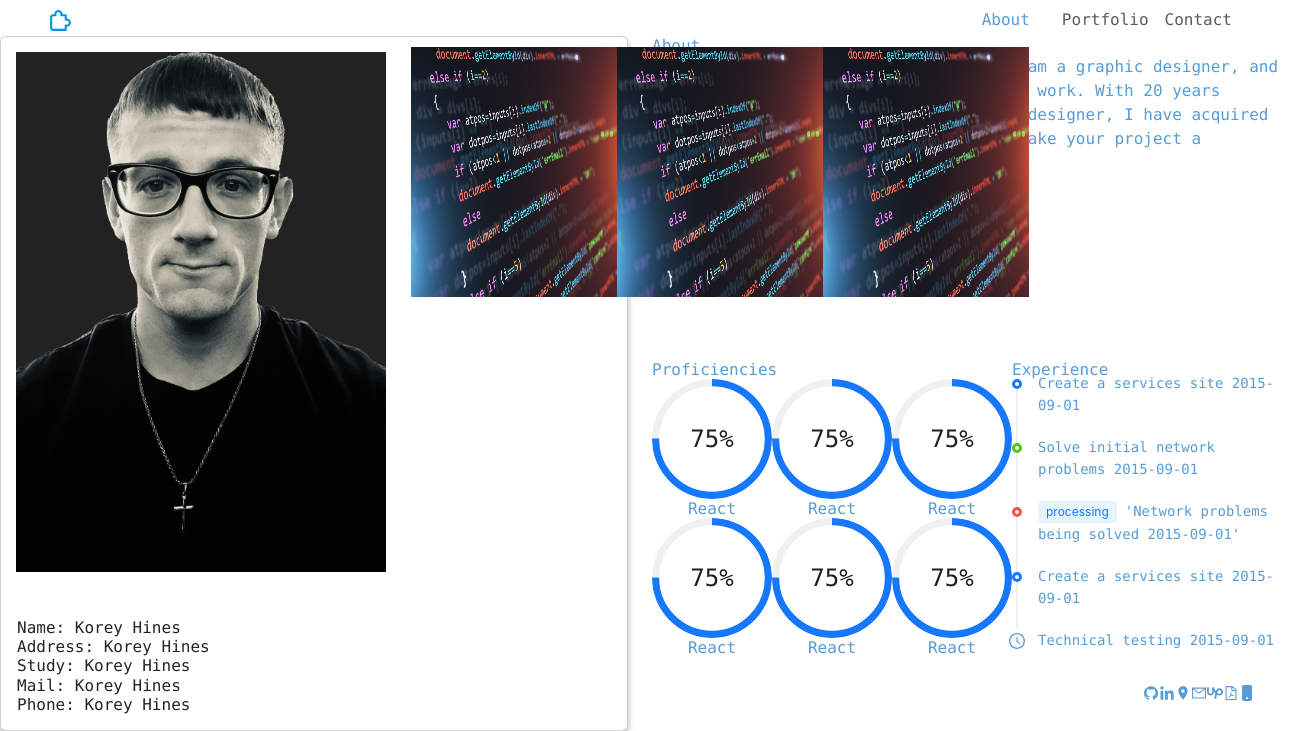
Repository: devkthines/next-portfolio-v2
Page: /about
These files come from the project's save history. The page is drawn as it stood at one moment and after a run of saves; the edit follows.
The browser window is 1280 px wide. The page is 1292 px wide, so the pictures cover 1292 px, including what lies to the right of the window. The pictures show the whole page.
The project was rebuilt for these pictures with package versions that can differ from the ones it lists, and the page was loaded fresh each time. The framework's server and built-in components were replaced by stand-ins that run in the browser. Also part of the build but not shown: next.config.js.

Above is the page before, as saved 2023-09-25 21:29:08.

After the next 2 saves:
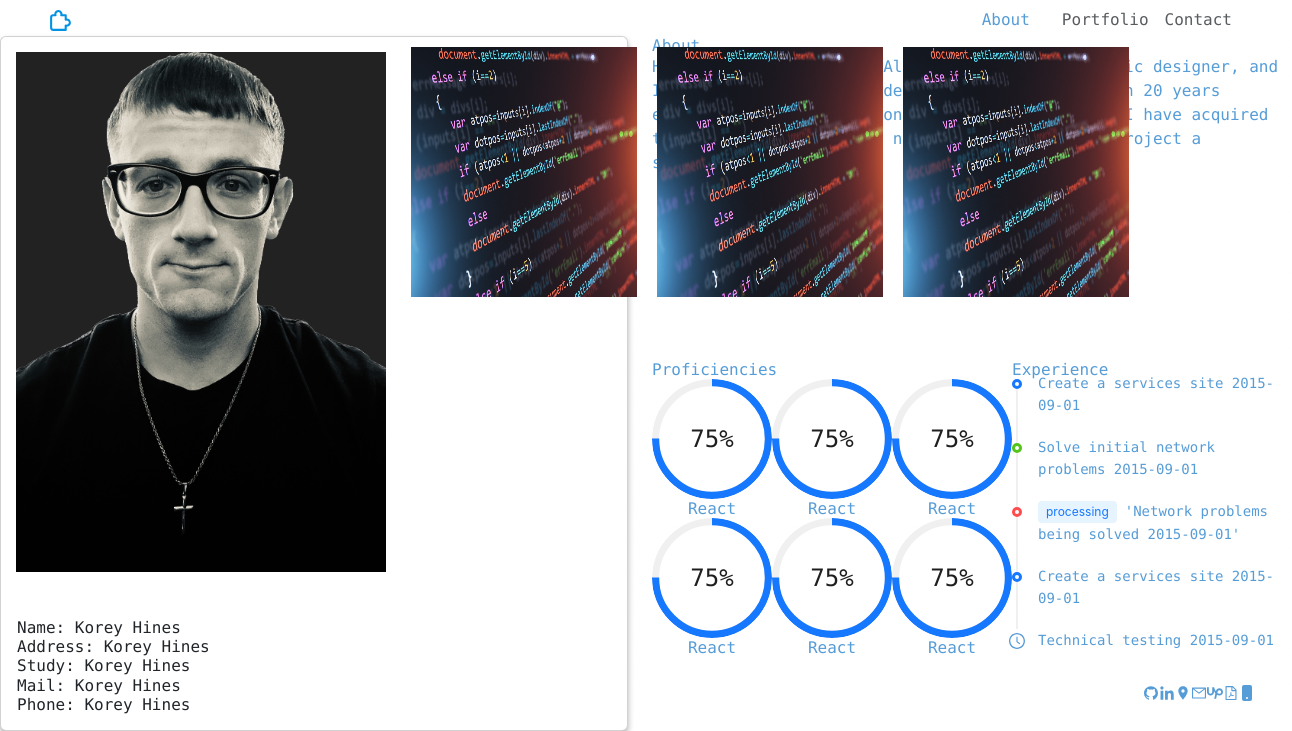
The 2 saves are shown as one change because they came seconds apart.
The last was saved 9 s later.
--- a/css/style.css
+++ b/css/style.css
@@ -219,7 +219,8 @@ a.nav-link {
 .aboutImgs{
     width: 250px;
     height: 250px;
+    margin: 10px;
 }
 #aboutImgs{
-    margin: 10px;
-}
+
+}
